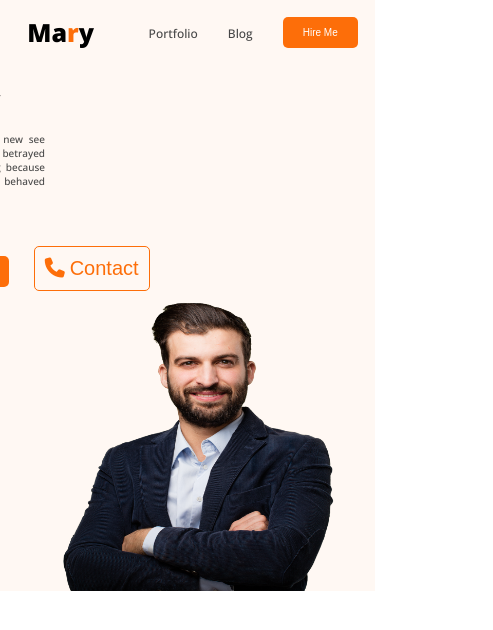
Repository: nahid-hasann/website-1
Page: index.html
The author's editor kept a copy of each file at every save. The page is drawn from the files as they stood at one save, then again after the next save.
The browser window is 375 px wide. The page is 480 px wide, then 493 px, then 480 px, so the pictures cover 493 px, including what lies to the right of the window. The pictures show the whole page.

Above is the page before, as saved 2025-07-16 12:34:00.

### index.html
<!DOCTYPE html>
<html lang="en">
<head>
    <meta charset="UTF-8">
    <meta name="viewport" content="width=device-width, initial-scale=1.0">
    <title>Document</title>
    <link rel="preconnect" href="https://fonts.googleapis.com">
<link rel="preconnect" href="https://fonts.gstatic.com" crossorigin>
<link href="https://fonts.googleapis.com/css2?family=Open+Sans:ital,wght@0,300..800;1,300..800&display=swap" rel="stylesheet">
<link rel="stylesheet" href="style.css">
<link rel="stylesheet" href="https://cdnjs.cloudflare.com/ajax/libs/font-awesome/6.7.2/css/all.min.css" integrity="sha512-Evv84Mr4kqVGRNSgIGL/F/aIDqQb7xQ2vcrdIwxfjThSH8CSR7PBEakCr51Ck+w+/U6swU2Im1vVX0SVk9ABhg==" crossorigin="anonymous" referrerpolicy="no-referrer" />
<link rel="shortcut icon" href="images/icons/icons8-portfolio-50.png" type="image/x-icon">
</head>
<body class="open-sans-nahid">

<header class="main-header">
    <nav class="header">
          <div>
            <h3 class="nav-title">Ma<span style="color: #fd6e09;">r</span>y</h3>
          </div>
          <div class="menu">
            <ul>
            <li><a href="" class="dark-2" >Portfolio</a></li>
            <li><a  class="dark-2" href="">Blog</a></li>
            <li><button class="hire-me">Hire Me</button></li>
          </ul>
          </div>
    </nav>

    <div class="banner">

      <div class="banner-container">
        <h4 class="dark-2 hi-i-am">Hi, I  am</h4>
        <h1  class="mary-hardy" >Mary Hardy</h1>
        <br>
        <p class="banner-description dark-2">
          Shot what able cold new see hold.Friendly as an betrayed formerly he. Morning because as to society behaved moments.
        </p>
        <br>
        <br>
        <button class="hire-me" style="margin-right: 20px;"><i class="fa-solid fa-download" style="margin-right: 5px;"></i>Download Cv</button>
        <button class="btn-2"><i class="fa-solid fa-phone" style="margin-right: 5px;"></i>Contact</button>
      </div>
      <img class="banner-img" src="images/hardy.png" alt="">

    </div>

</header>

<main >

  <section class="section hide">
      <h3 class="section-title">About Me</h3>
      <p style="font-size: 18px; color: grey; margin-top: 30px;">I, m a designer & developer with a passion for web design. I enjoy developing simple, clean and slick websites that provide real value to the end user. Thousands of clients have procured exceptional resulfs while working with me. Delivering work within time and budget which meets clients requirements in our mata.</p>

      <div class="about-items">

    <div class="about-item">
      <p class="item-title ektubeshi">Name:</p>
      <p class="item-description">Mary Hardy</p>
    </div>
    <div class="about-item">
      <p class="item-title">Email:</p>
      <p class="item-description">info@gmail.com</p>
    </div>
    <div class="about-item">
      <p class="item-title">Date of birth:</p>
      <p class="item-description">11 November 1987</p>
    </div>
    <div class="about-item">
      <p class="item-title">From:</p>
      <p class="item-description">Los Angeles, USA</p>
    </div>

  </div>

  </section>

  <section class="skiill hide">
            <h3 class="section-title">What I do</h3>
            <p class="section-des">I have more than 10 years experience building software for clients all over the world. Below is a quick overview of my main technical skill sets and technologies i use. Want to find out more about my experience? Check out my online resume and project portfolio.</p>

         <div class="skills-container">

          <div class="skkis-veriation">
            <img src="images/icons/js.png" alt="" class="skiils-img">
            <p class="skills-heading">Vanilla JavaScript</p>
            <p class="skiils-description"> List skill/technologies here. You can change the icon above to any of the 1500+ FontAwesome 5 free icons available. Aenean commodo ligula eget dolor.</p>
          </div>
          <div class="skkis-veriation">
            <img src="images/icons/react.png" alt="" class="skiils-img">
            <p class="skills-heading">React</p>
            <p class="skiils-description">List skill/technologies here. You can change the icon above to any of the 1500+ FontAwesome 5 free icons available. Aenean commodo ligula eget dolor.</p>
          </div>
          <div class="skkis-veriation">
            <img src="images/icons/nodejs.png" alt="" class="skiils-img">
            <p class="skills-heading">Node.js</p>
            <p class="skiils-description">List skill/technologies here. You can change the icon above to any of the 1500+ FontAwesome 5 free icons available. Aenean commodo ligula eget dolor.</p>
          </div>
          <div class="skkis-veriation">
            <img src="images/icons/mongo.png" alt="" class="skiils-img">
            <p class="skills-heading">MongoDB</p>
            <p class="skiils-description">List skill/technologies here. You can change the icon above to any of the 1500+ FontAwesome 5 free icons available. Aenean commodo ligula eget dolor.</p>
          </div>

         </div>

  </section>

  <section class="hide">

<div class="container-m">
    <h2>A Summary of My Resume</h2>
    <div class="grid">
      <div class="section-m">
        <h3>My Education</h3>
        <div class="item-m">
          <h4>Master in Computer Engineering</h4>
          <span>Harvard University / 2015 - 2017</span>
          <p>Specialized in advanced algorithms and software engineering principle.</p>
        </div>
        <hr>
        <br>
        <div class="item-m">
          <h4>Bachelor in Computer Science</h4>
          <span>MIT / 2011 - 2015</span>
          <p>Focused on data structures, programming, and system design.</p>
        </div>
        <hr>
        <br>
        <div class="item-m">
          <h4>Bachelor in Computer Science</h4>
          <span>MIT / 2011 - 2015</span>
          <p>Focused on data structures, programming, and system design.</p>
        </div>

      </div>
      <div class="section-m">
        <h3>My Experience</h3>
        <div class="item-m">
          <h4>Sr. Front End Developer</h4>
          <span>Apple Inc / 2020 - Current</span>
          <p>Developing scalable web apps using React and modern JavaScript.</p>
        </div>
    <hr>
        <br>
        <div class="item-m">
          <h4>Jr. Front End Developer</h4>
          <span>Dribbble Inc / 2018 - 2022</span>
          <p>Worked on UI components and improved user experience for design.</p>
        </div>
        <hr>
    <br>
        <div class="item-m">
          <h4>HTML Developer</h4>
          <span>Adobe Inc / 2017 - 2018</span>
          <p>Built static and dynamic pages ensuring responsive design.</p>
        </div>
      </div>
    </div>
  </div>

  <button class="hire-me" style="margin: 20px auto; display: block;"><i class="fa-solid fa-download" style="margin-right: 5px;"></i>Download Cv</button>

  </section>

</main>

<!-- .about-items*4>p.item-title+p.item-description  -->


<footer class="hide">

     <div class="main-footer">

     <div class="footer-column">
        <h3 class="section-title">Lets Connect</h3>
        <p style="font-size: 18px; color: grey; margin: 20px 0px;">Please fill out the form on this section to contact with me or call between 9:00 A.M and 8.00 P.M ET, Monday through Friday.</p>
        <img src="images/icons/facebook.png" alt="">
        <img style="margin: 0px 20px;" src="images/icons/twitter.png" alt="">
        <img src="images/icons/insta.png" alt="">
     </div>

     <div class="footer-column">

        <h3 class="section-title" style=" margin-bottom: 30px;">Lets Connect</h3>
        <form class="form" action="">
            <input type="text" name="" placeholder="Your Name" id=""> <br>
            <input type="email" name="" placeholder="Yoour Email" id=""> <br>
            <textarea name="" placeholder="Message" id=""></textarea> <br>
            <button class="hire-me" >Submit</button>
        </form>

     </div>

</div>

</footer>


</body>
</html>

### style.css
* {
  margin: 0;
  padding: 0;
  box-sizing: border-box;
}


.open-sans-nahid {
  font-family: "Open Sans", sans-serif;
  font-optical-sizing: auto;
  font-style: normal;
  font-variation-settings: "wdth" 100;
  font-weight: 500;
}

.main-header{
    background-image: url('images/developer.png'), url('images/header_bg.png') ;
    background-repeat: no-repeat;
    background-position: 60px  28px, bottom right ;
    background-color: #fff8f3;
}



.header{
    display: flex;
    justify-content: space-around;
    gap: 250px;
    align-items: center;
    /* background-color: red; */
    padding: 15px 0px;
}

.nav-title{
    font-weight: 800;
    font-size: 45px;
}

.menu ul{
    display: flex;
    gap: 30px;
    align-items: center;
}

.menu ul li{
    list-style: none;

}

.menu ul li a{
    text-decoration: none;
    font-size: 20px;
}

.hire-me{
    background-color: #fd6e09;
    padding: 10px;
    border-radius: 5px;
    color: white;
    border: none;
    font-size: 20px;
}

.btn-2{
    padding: 10px;
    border-radius: 5px;
    color: #fd6e09;
    border: 1px solid  #fd6e09;
    font-size: 20px;
    background-color: #fff8f3;
}

.dark-2{
    color: #474747;
}

.banner-container{
    width: 585px;
}

.hi-i-am{
    font-size: 45px; font-weight: 400;
}

.mary-hardy{
    font-size: 85px;
}

.banner-description{
    font-size: 18px;
}

.banner-img{
    width: 584px;
    height: 676px;
}

.banner{
    display: flex;
    align-items: center;
    justify-content: space-around;
    margin: 50px 0px 0px 170px;

}

.section{
    background-color: #fff8f3;
    padding: 150px;
    text-align: center;
    border-radius: 10px;
    margin: 130px 0px;
}

.section-title{
    font-size: 35px;
    font-weight: bold;
    color: #181818;
}

main{
    max-width: 1140px;
     margin: 0px auto;
}

.about-items{
    display: flex;
    justify-content: space-between;
}

.item-title{
    font-size: 18px;
    font-weight: 300;
    color: grey;
    margin-top: 30px;
}

.item-description{
    font-size: 18px ;
    font-weight: 700;
}

.skiill{
    text-align: center;
    margin-bottom: 130px;
}

.skills-container{
    display: flex;
    margin-top: 30px;
    gap: 30px;
    text-align: justify;
}

.skkis-veriation{
    background-color: #FFFFFF;
    box-shadow: 0px 6px 50px 0px rgba(0, 0, 0, 0.06);
padding: 30px;
border-radius: 5px;
margin-top: 20px;
}

.section-des{
    font-size: 18px;
    color: grey;
    margin-top: 30px;
     width: 909px;
     margin: 0px auto;
      margin-top: 30px;
}

.skills-heading{
    margin: 15px 0px;
    font-size: 20px ;
    font-weight: 700px;
}

.skiils-description{
     font-size: 16px;
     color: grey;
}

.resume{
    margin-bottom: 130px;
}

.resume-container{
    display: flex;
    gap: 40px;
    margin-top: 50px;
}

.resume h3{
    margin-bottom: 100px;
}

.resume-column h3{
    font-size: 30px ;
    font-weight: 700;
    margin-bottom: 20px;
}

.resume-column-title{
    font-size: 30px;
    font-weight: 700;
}

.experience{
    padding-right: 50px;
}

.experience-title{
        font-size: 25px;
    font-weight: 700;
    margin-bottom: 5px;
}

.experience-subtitle{
    font-size: 20px;
    font-weight: 600;

    color: rgba(117, 117, 117, 1);
}

.experince-description{
    margin-top: 20px;
    margin-bottom: 20px;
    font-size: 16px;
    color: rgba(117, 117, 117, 1);
}


.main-footer{
    margin-top: 130px;
    background-color: rgba(255, 248, 243, 1);
    padding: 50px 100px;
    display: flex;
    justify-content: space-around;
    align-items: center;
}

.footer-column{
    max-width: 40%;
}

.form input{
      display: block;
      padding: 12px 20px;
      width: 441px;
      font-size: 16px;
      border: none;
      border-radius: 5px;
}

.form textarea{
     width: 441px;
     font-size: 16px;
     border: none;
      border-radius: 5px;
      display: block;
      padding: 15px 20px;
      height: 180px;
}


.container-m{
  margin: auto;
  background: #fff;
  padding: 40px;
}

h2 {
  text-align: center;
  margin-bottom: 40px;
  font-size: 28px;
  margin-bottom: 50px;
}

.grid {
  display: grid;
  grid-template-columns: 1fr 1fr;
  gap: 30px;
}

.section-m h3 {
  margin-bottom: 20px;
  color: #ff6600;
  font-size: 20px;
}

.item-m {
  margin-bottom: 25px;
}

.item-m h4 {
  margin: 0 0 5px;
  font-size: 18px;
  color: #222;
}

.item-m span {
  display: block;
  color: #777;
  font-size: 14px;
  margin-bottom: 8px;
}

.item-m p {
  margin: 0;
  font-size: 14px;
  color: #555;
}

.hide{
    display: none;
}

@media screen and (max-width: 575px) {
    .section-title{
        font-size: 30px;
    }

    .section-des{
        font-size: 14px;
        max-width: 400px;
        min-width: 100px;
        padding: 0 10px;
    }

    .skills-container{
        flex-direction: column;
    }

    .skkis-veriation{
        margin: 0 20px;
        display: flex;
        flex-direction: column;
        align-items: center;
        justify-content: center;
        text-align: center;
    }

    .grid{
        grid-template-columns: 1fr;
    }

    .section-m h3{
        text-align: center;
    }

    .item-m{
        display: flex;
        flex-direction: column;
        align-items: center;
        justify-content: center;
    }

    .main-footer{
        flex-direction: column;
        padding: 20px 10px;
        margin-top: 70px;
    }

    .footer-column{
        max-width: 100%;
        text-align: center;
    }

    .form input{
max-width: 100%;
    }

    .form textarea{
        max-width: 100%;
    }

    .hire-me{
        font-size: 10px;
        padding: 10px 20px;
    }

    .section{
        padding: 50px 10px;
        margin: 70px 0;
    }

    .about-items{
        flex-direction: column;
    }

    .item-title{
        margin-top: 20px;
    }

    .ektubeshi{
        margin-top: 50px;
    }

.banner{
    margin: 0;
    flex-direction: column;
    padding: 0 20px;
}

.banner-img{
    max-width: 300px;
    max-height: 300px;

}

.main-header{
    background-image: none ;
}

.nav-title{
    font-size: 25px;
    margin-left: 10px;
}

.menu ul li a{
    font-size: 12px;
}

.header{
    gap: 20px;
}

.hi-i-am{
    font-size: 16px;
}

.mary-hardy{
    font-size: 18px;

}

.banner-description{
    font-size: 10px;
    width: 150px;
    text-align: justify;

}

}

After the next save:
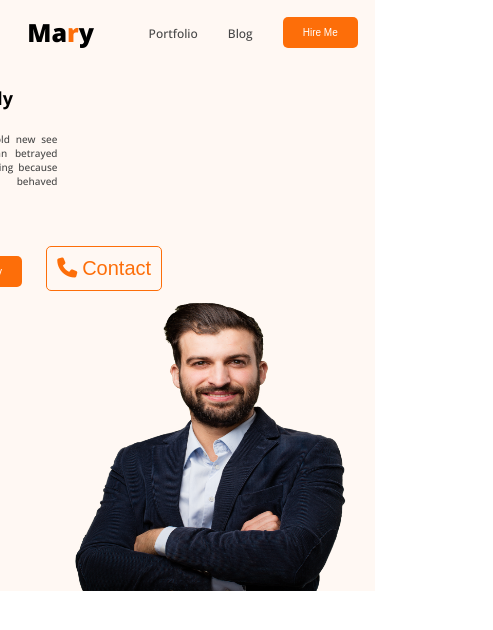
Saved 43 s later.
--- a/style.css
+++ b/style.css
@@ -398,7 +398,7 @@
 .banner{
     margin: 0;
     flex-direction: column;
-    padding: 0 20px;
+    padding: 0 200px;
 }
 
 .banner-img{

After the save that followed:
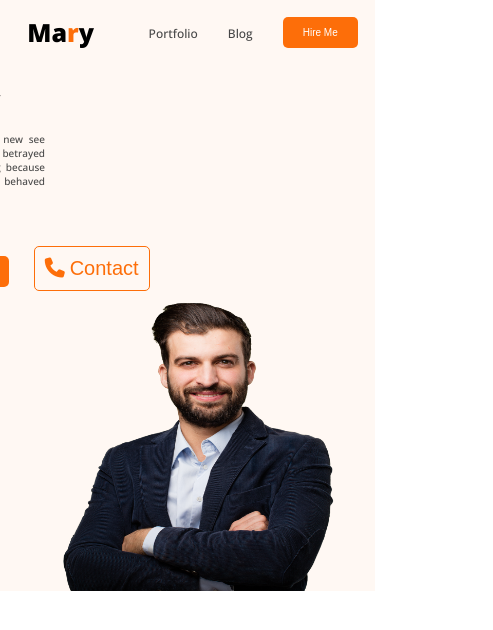
Saved 8 s later.
--- a/style.css
+++ b/style.css
@@ -398,7 +398,6 @@
 .banner{
     margin: 0;
     flex-direction: column;
-    padding: 0 200px;
 }
 
 .banner-img{
